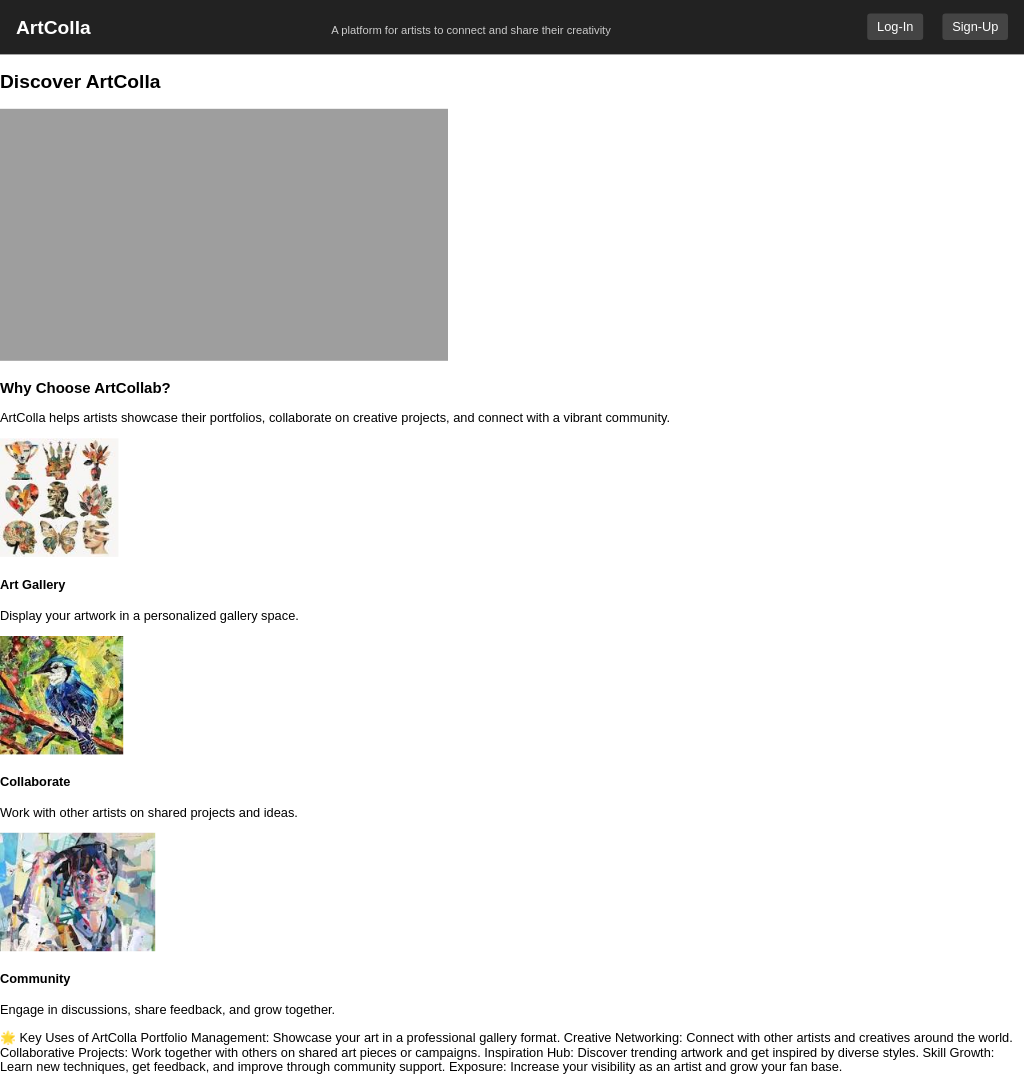
Repository: jeevanReddyP/ArtCollab_App
Page: index.html
These files come from the project's save history. The page is drawn as it stood at one moment and after a run of saves; the edit follows.
The browser window is 1280 px wide. The pictures show the whole page, at 80% of full size.
Pictures or frames that could not be fetched are drawn as grey boxes.

Above is the page before, as saved 2025-06-11 16:35:52.

After the next 5 saves:
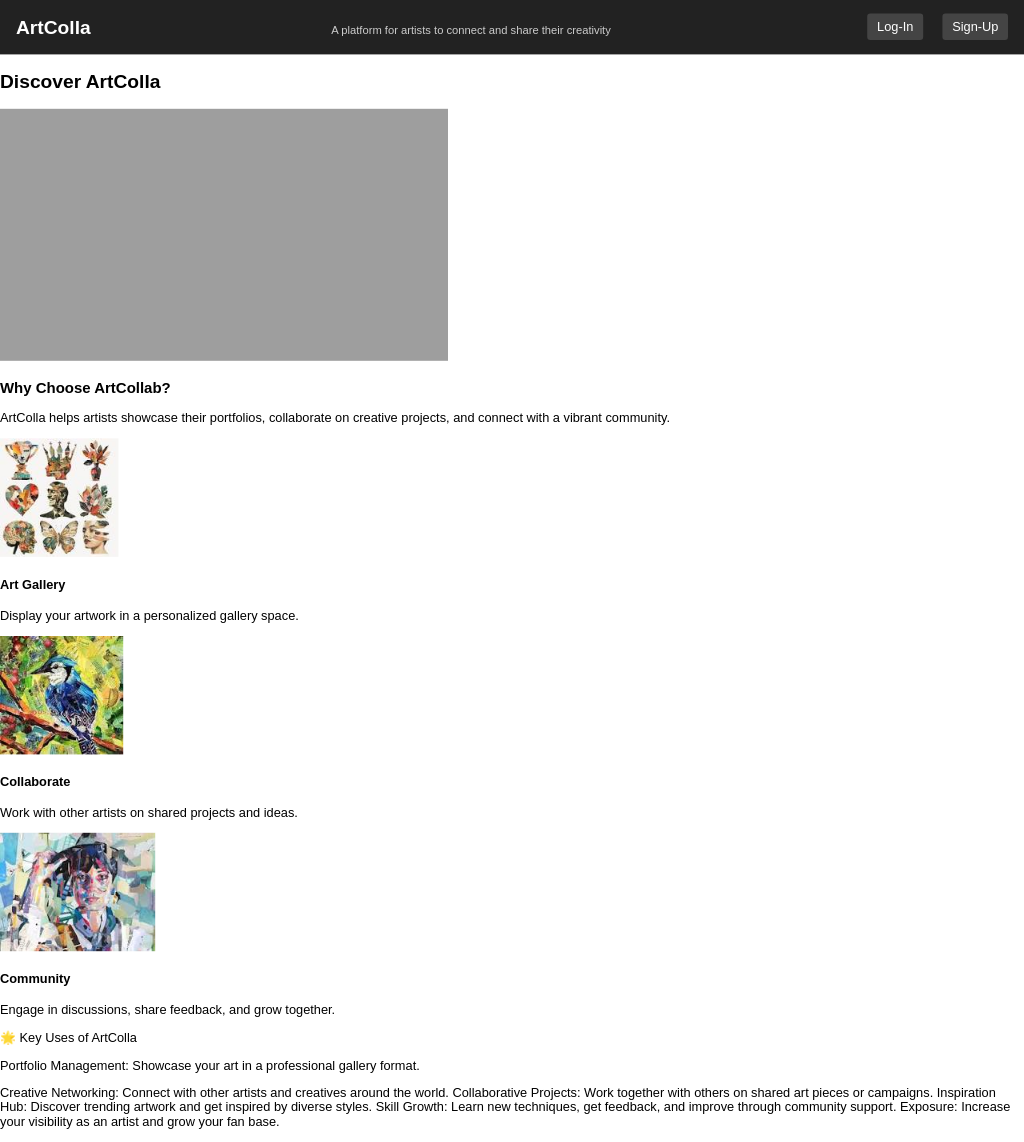
The 5 saves are shown as one change because they came seconds apart.
The last was saved 24 s later.
--- a/index.html
+++ b/index.html
@@ -53,7 +53,7 @@
 <section class="discription">
 <p>
     🌟 Key Uses of ArtColla
-Portfolio Management: Showcase your art in a professional gallery format.
+<p>Portfolio Management: Showcase your art in a professional gallery format.</p>
 
 Creative Networking: Connect with other artists and creatives around the world.
 
